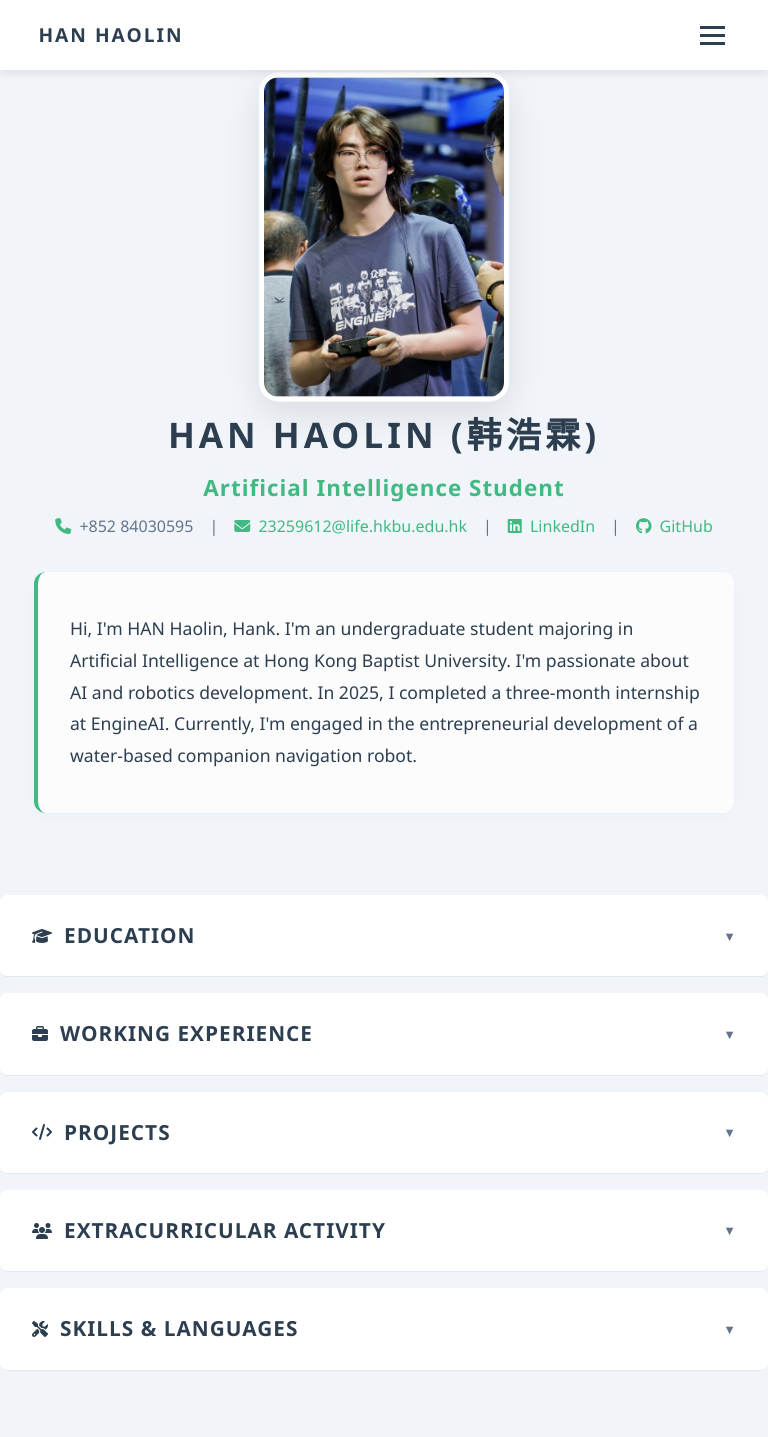
Repository: hhl2802149944-afk/hhl2802149944-afk.github.io
Page: /
The author's editor kept a copy of each file at every save. The page is drawn from the files as they stood at one save, then again after the next save.
The browser window is 768 px wide. The pictures show the whole page.
The project was rebuilt for these pictures with package versions that can differ from the ones it lists, and the page was loaded fresh each time. Also part of the build but not shown: vite.config.js, src/components/ProjectCard.vue, src/views/MantaRoboticView.vue.

Above is the page before, as saved 2026-01-22 11:23:54.

After the next save:
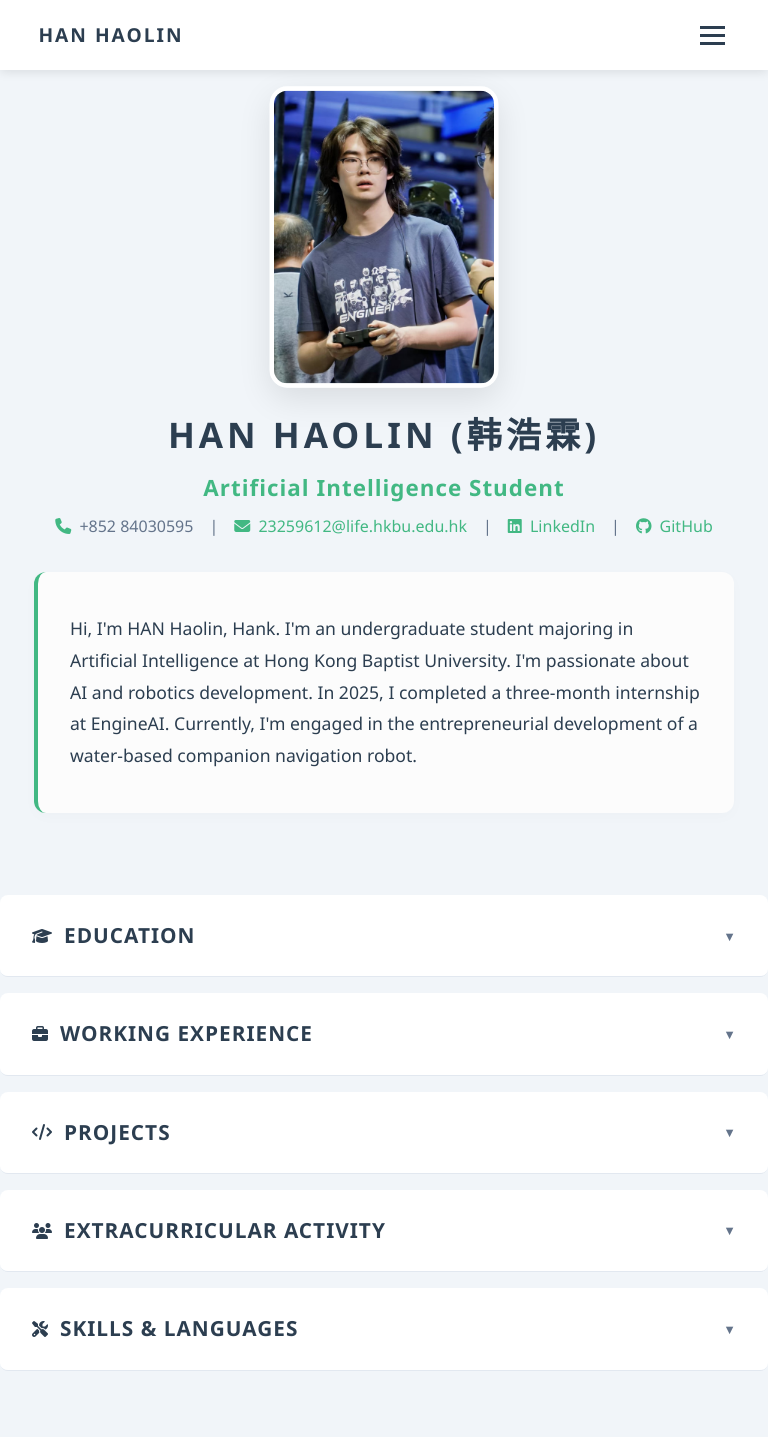
Saved 8 s later.
--- a/src/components/ResumeHeader.vue
+++ b/src/components/ResumeHeader.vue
@@ -116,6 +116,7 @@ h1 {
   .profile-pic-container {
     width: 200px;
     height: 266px;
+    transform: scale(1.1); /* 移动端稍微缩小一点缩放倍数 */
   }
 }
 </style>
